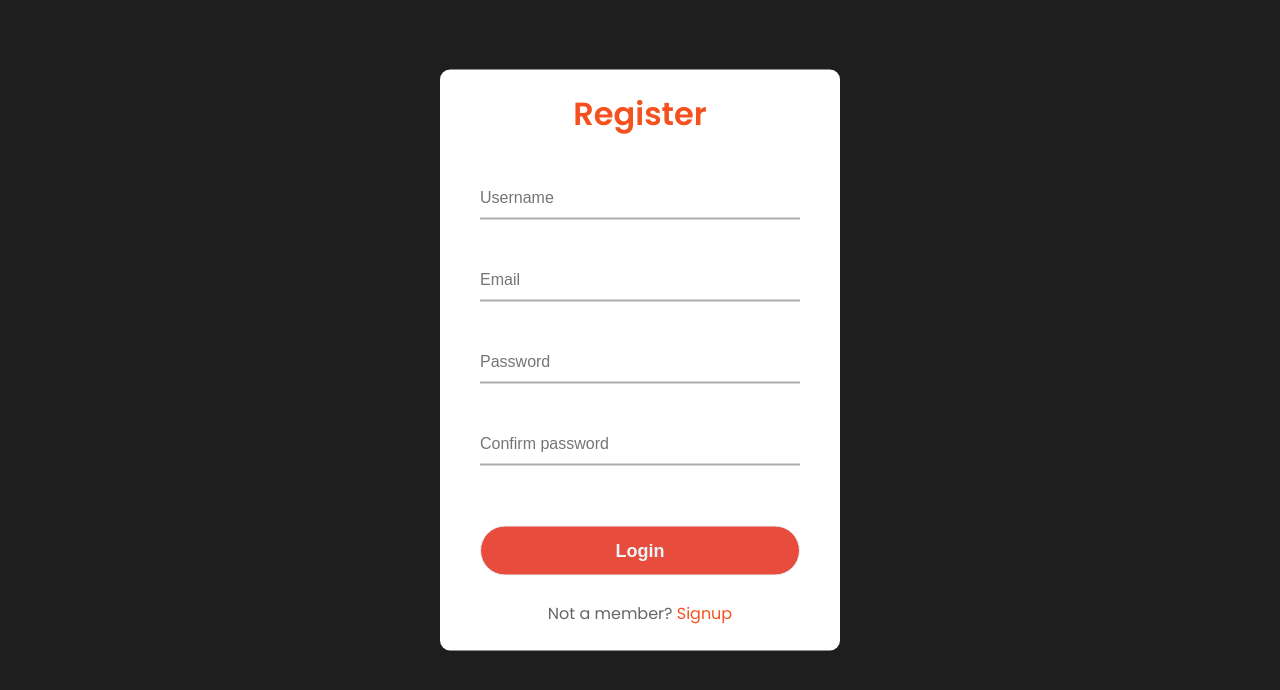
Repository: long5122000/Shopc
Page: register.html
These files come from the project's save history. The page is drawn as it stood at one moment and after the next save; the edit follows.
The browser window is 1280 px wide. The pictures show the whole page.
The pointer rests on the first visible `input[type="submit"]`.
The style sheet was rebuilt from its Sass, Less or Tailwind sources for each picture, by a compiler version that may differ from the author's.

Above is the page before, as saved 2021-11-30 20:50:12.

After the next save:
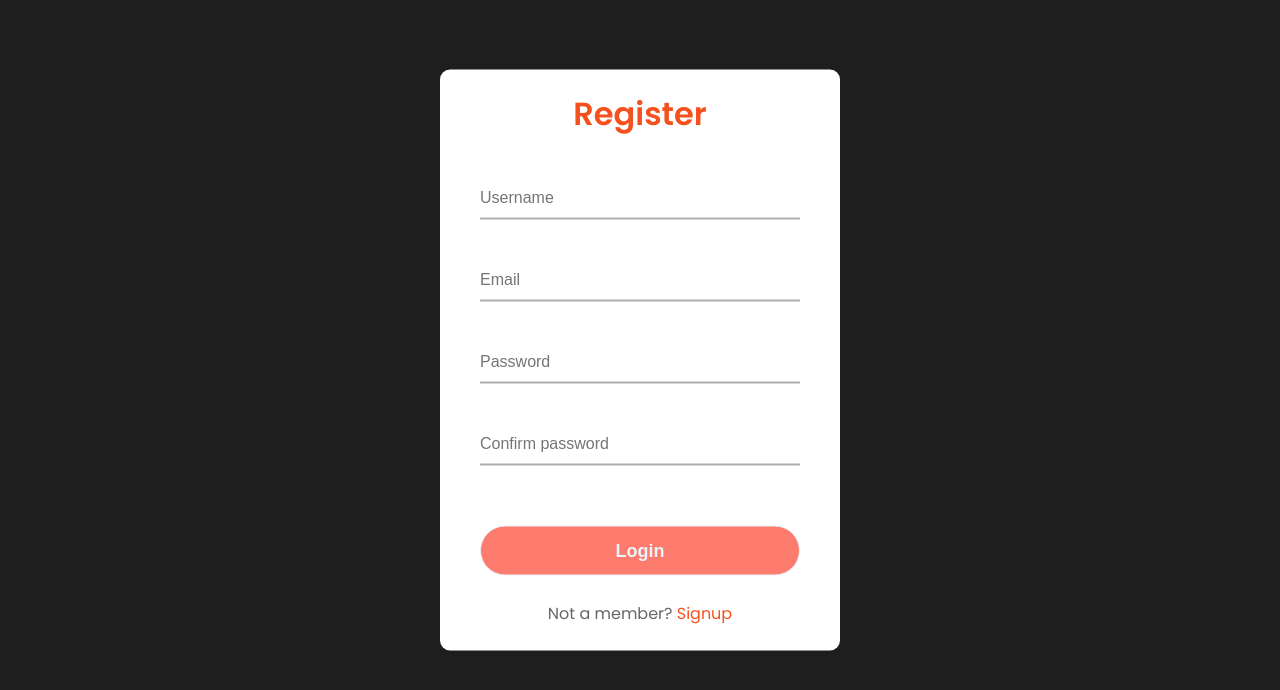
Saved 7 s later.
--- a/sass/_register.scss
+++ b/sass/_register.scss
@@ -81,7 +81,7 @@ input[type="submit"] {
 }
 
 input[type="submit"]:hover {
-  background-color: #e74c3c;
+  background-color: #fc7b6d;
 }
 
 .signup_link {
